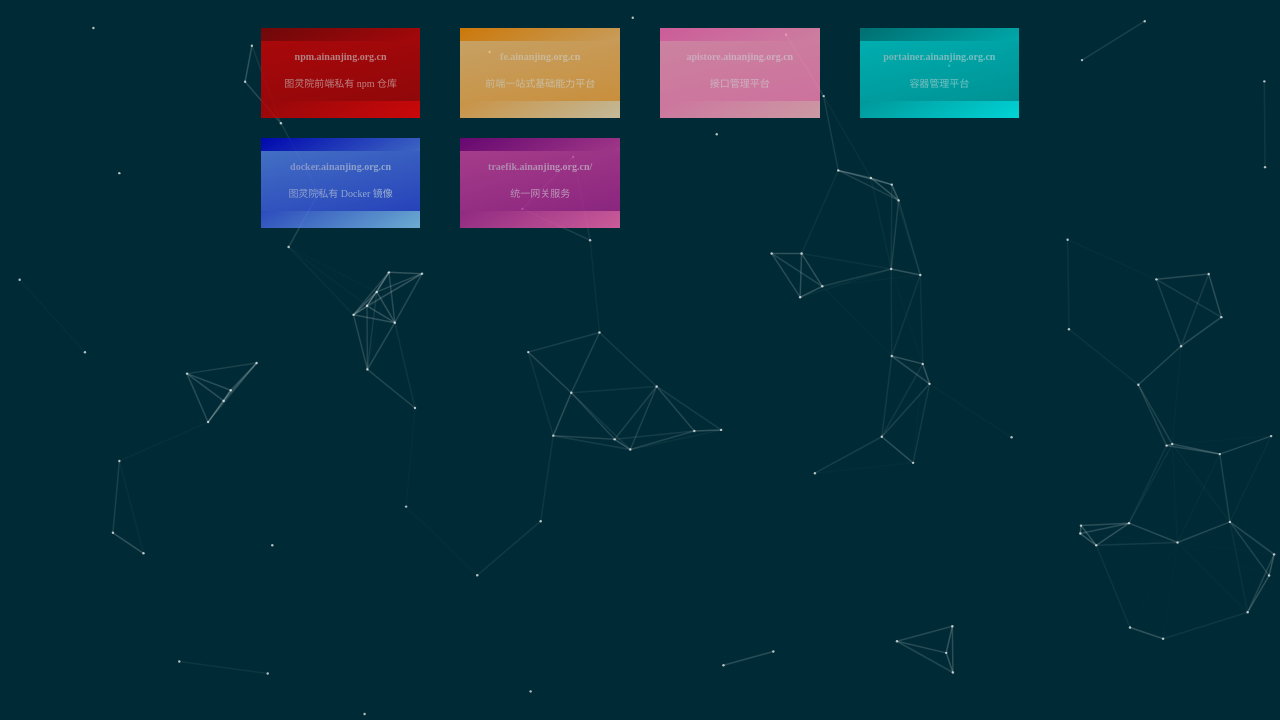
Repository: heweiwei1/portainer
Page: index.html
An editor plug-in stored every save of this project. The page is shown before and after the next save, followed by the edit.
The browser window is 1280 px wide. The pictures show the whole page.

Above is the page before, as saved 2021-04-14 14:19:20.

After the next save:
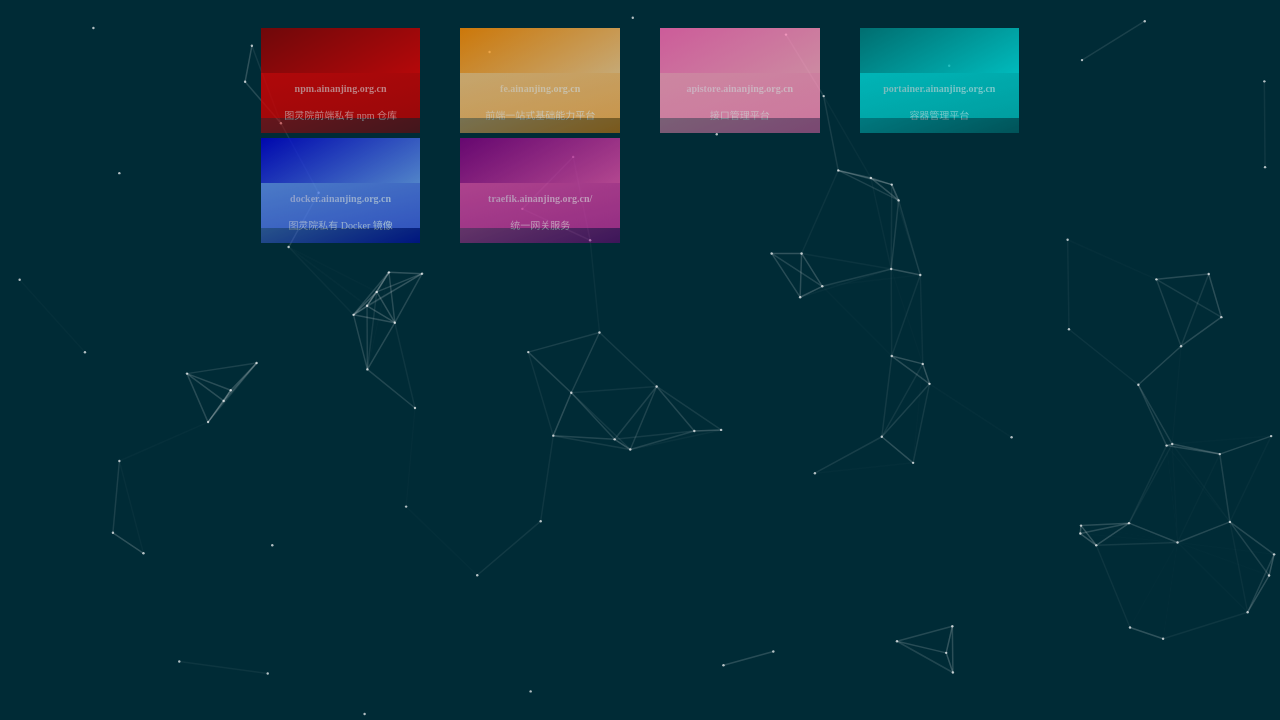
Saved 98 s later.
--- a/index.css
+++ b/index.css
@@ -28,7 +28,7 @@ a {
 }
 .trans {
   position:absolute;
-  top: 13.2px;
+  top: 50%;
   width: calc(100% - 40px);
   padding: 30px 20px;
   display: flex;
